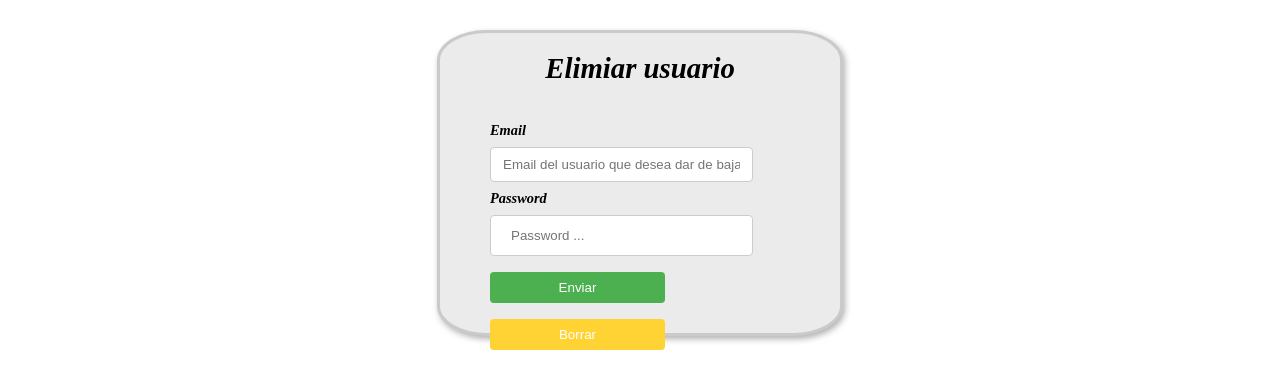
Repository: nachmz42/ProyectoJoker
Page: http://localhost/Joker/eliminarusuario.jsp
An editor plug-in stored every save of this project. The page is shown before and after the next save, followed by the edit.
The browser window is 1280 px wide. The pictures show the whole page.
The page is served by Tomcat 9.

Above is the page before, as saved 2021-07-02 11:35:46.

After the next save:
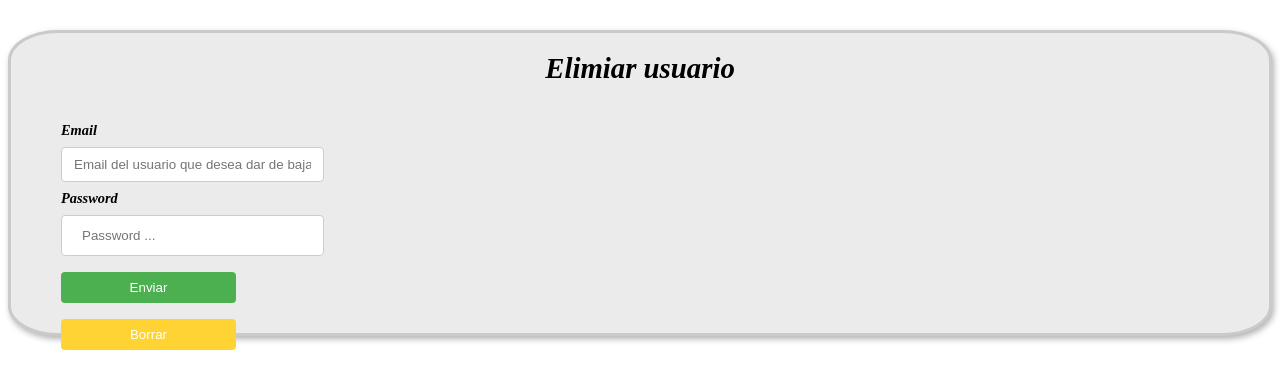
Saved 15 s later.
--- a/Joker/src/main/webapp/STYLE/css/eliminarusuario.css
+++ b/Joker/src/main/webapp/STYLE/css/eliminarusuario.css
@@ -50,7 +50,7 @@ input[type=reset] {
 
 .testbox {
 	margin: 30px auto;
-	width: 400px;
+	width: 300 px;
 	height: 300px;
 	-webkit-border-radius: 50px/30px;
 	-moz-border-radius: 50px/30px;
